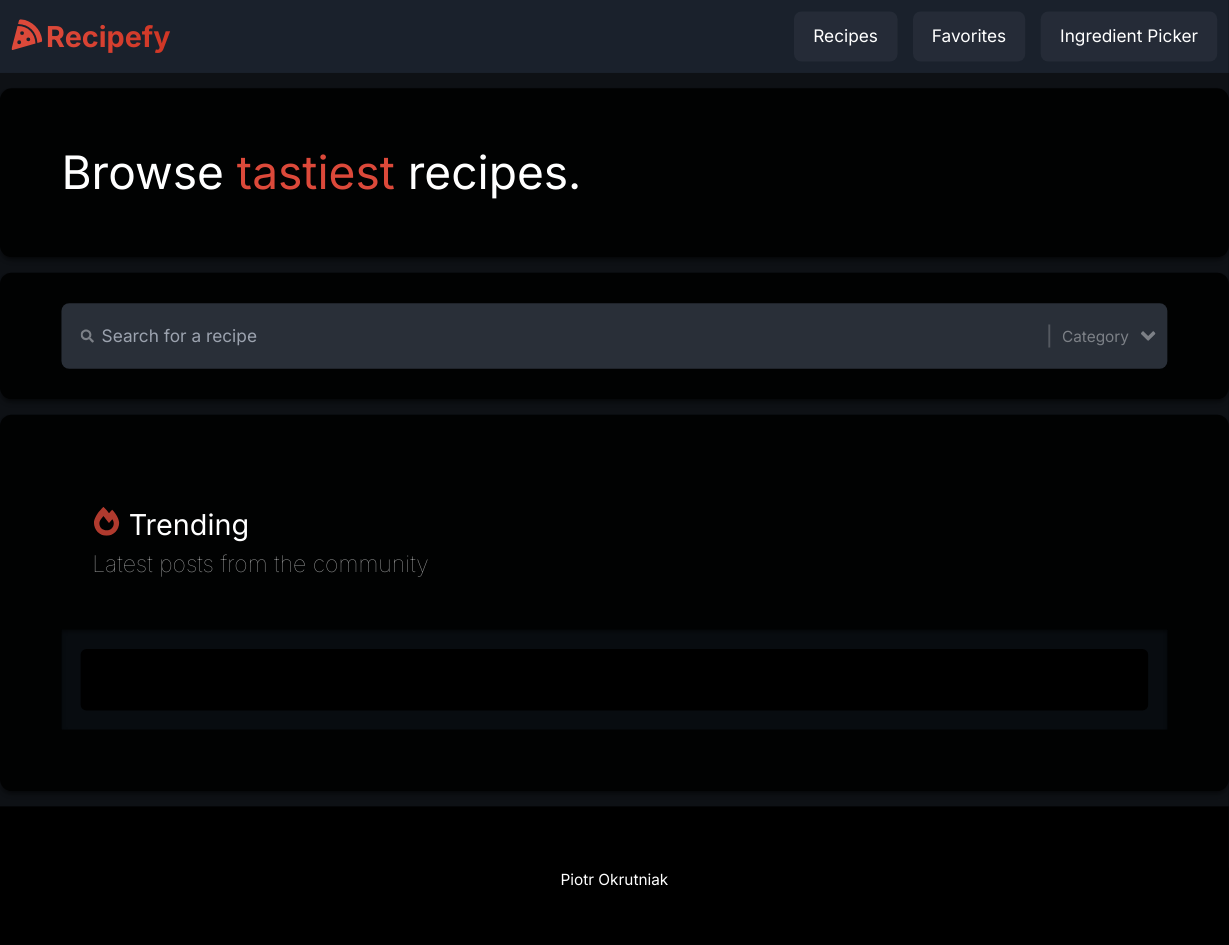
Repository: piotrokrutniak/recipefy
Page: /
These files come from the project's save history. The page is drawn as it stood at one moment and after the next save; the edit follows.
The browser window is 1280 px wide. The pictures show the whole page, at 96% of full size.
The page's requests for data from a server got no answer. The project was rebuilt for these pictures with package versions that can differ from the ones it lists, and the page was loaded fresh each time. The framework's server and built-in components were replaced by stand-ins that run in the browser. No one was signed in, and anything a server would have sent is missing. Also part of the build but not shown: next.config.js, src/app/integration/jsonApi/getUser.tsx, src/app/components/posts/post.tsx.

Above is the page before, as saved 2023-10-07 00:06:21.

After the next save:
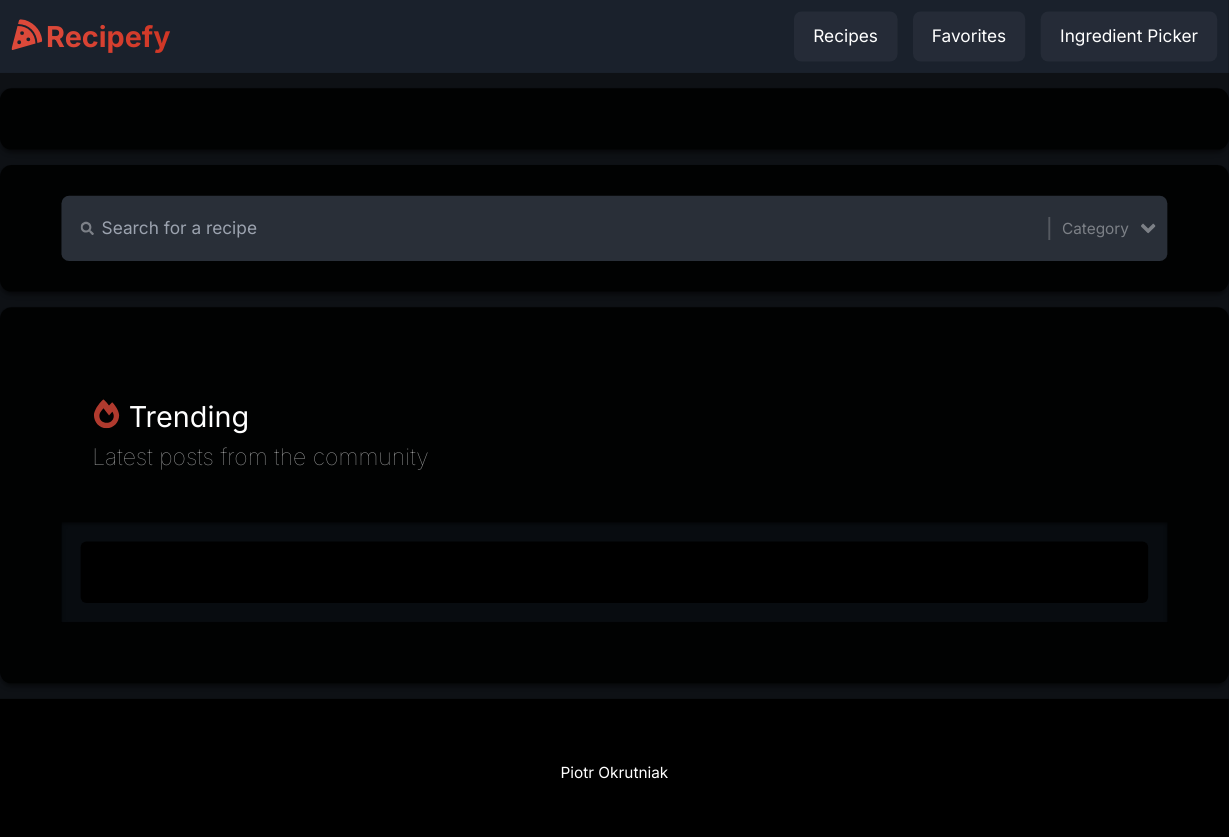
Saved 7 s later.
--- a/src/app/page.tsx
+++ b/src/app/page.tsx
@@ -20,9 +20,6 @@ export default function Home() {
   return (
     <main className="flex flex-col m-auto gap-4">
       <section id="header-section" className='max-w-7xl bg-black/90 m-auto w-full p-8 rounded-xl mt-4 shadow-md shadow-black/40'>
-        <div className="sm:p-8 pb-14 flex justify-between">
-          <h1 className="text-5xl text-white"> Browse <span className="text-vermilion-400">tastiest</span> recipes. </h1>
-        </div>
       </section>
 
       <section id="searchbar-section" className='max-w-7xl bg-black/90 px-7 m-auto w-full p-8 lg:px-16 rounded-xl shadow-md shadow-black/40 flex-col'>
